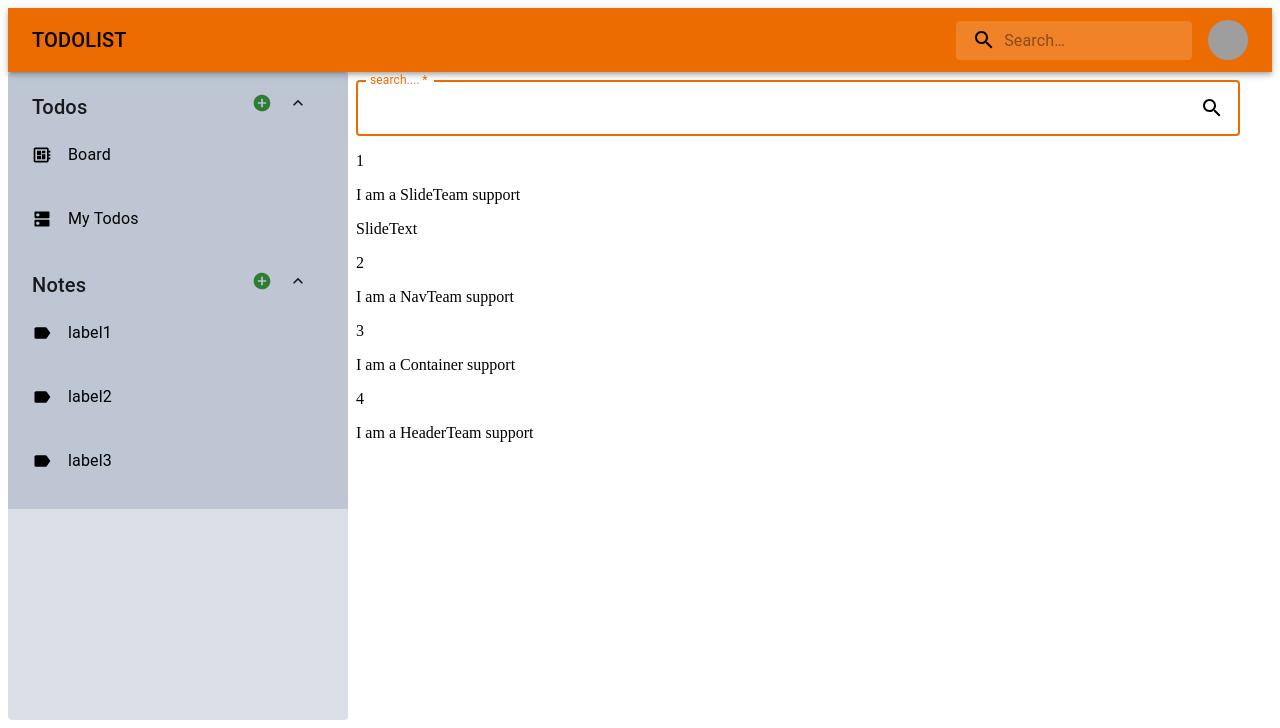
Repository: HrishrathTBS/Trackerbea
Page: / (app in client/)
These files come from the project's save history. The page is drawn as it stood at one moment and after a run of saves; the edit follows.
The browser window is 1280 px wide. The pictures show the whole page.
Pictures or frames that could not be fetched are drawn as grey boxes. The project was rebuilt for these pictures with package versions that can differ from the ones it lists, and the page was loaded fresh each time. Also part of the build but not shown: client/src/components/TodoList.js, client/src/components/Board.js, client/src/components/ListOfBar.js, client/src/components/MyTodos.js, client/src/pages/Label/Label1.js, client/src/pages/Label/Label2.js, client/src/pages/Label/Label3.js.

Above is the page before, as saved 2022-03-10 16:31:34.

After the next 2 saves:
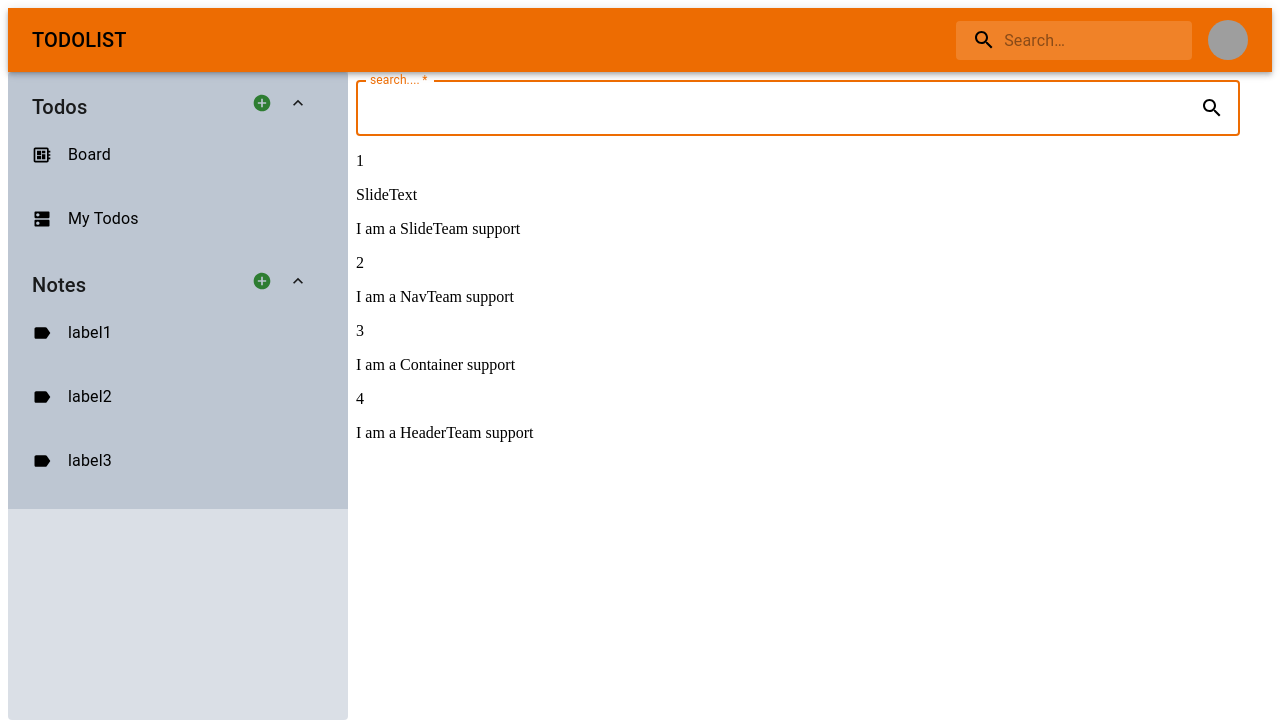
The 2 saves are shown as one change because 1 did not build or start.
The last was saved 3 min 9 s later.
--- a/client/src/components/Filter.js
+++ b/client/src/components/Filter.js
@@ -24,8 +24,8 @@ const Filter = () => {
           {teams.map((team) => (
             <>
               <p>{team.HeaderText}</p>
+              <p>{team.TitleText}</p>
               <p>{team.NotesText}</p>
-              <p>{team.TitleText}</p>
             </>
           ))}
         </Grid>
